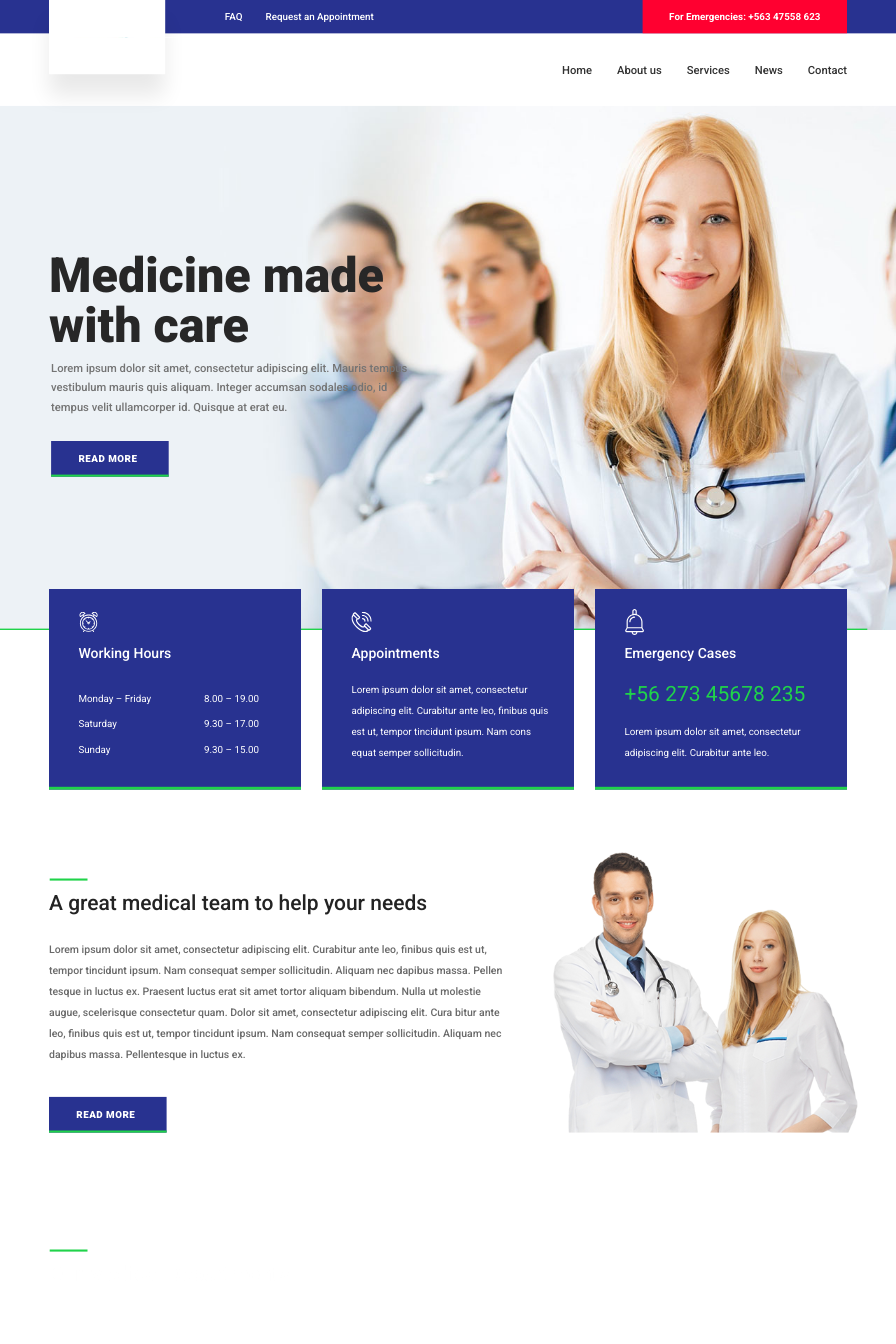
Repository: Nanitamo/centro-medico-eden-webpage
Page: index.html
These files come from the project's save history. The page is drawn as it stood at one moment and after a run of saves; the edit follows.
The browser window is 1280 px wide. The pictures show the part of the page from y = 0 to 1920 px (the page is 4535 px tall), at 70% of full size.

Above is the page before, as saved 2020-06-18 13:04:21.

After the next 2 saves:
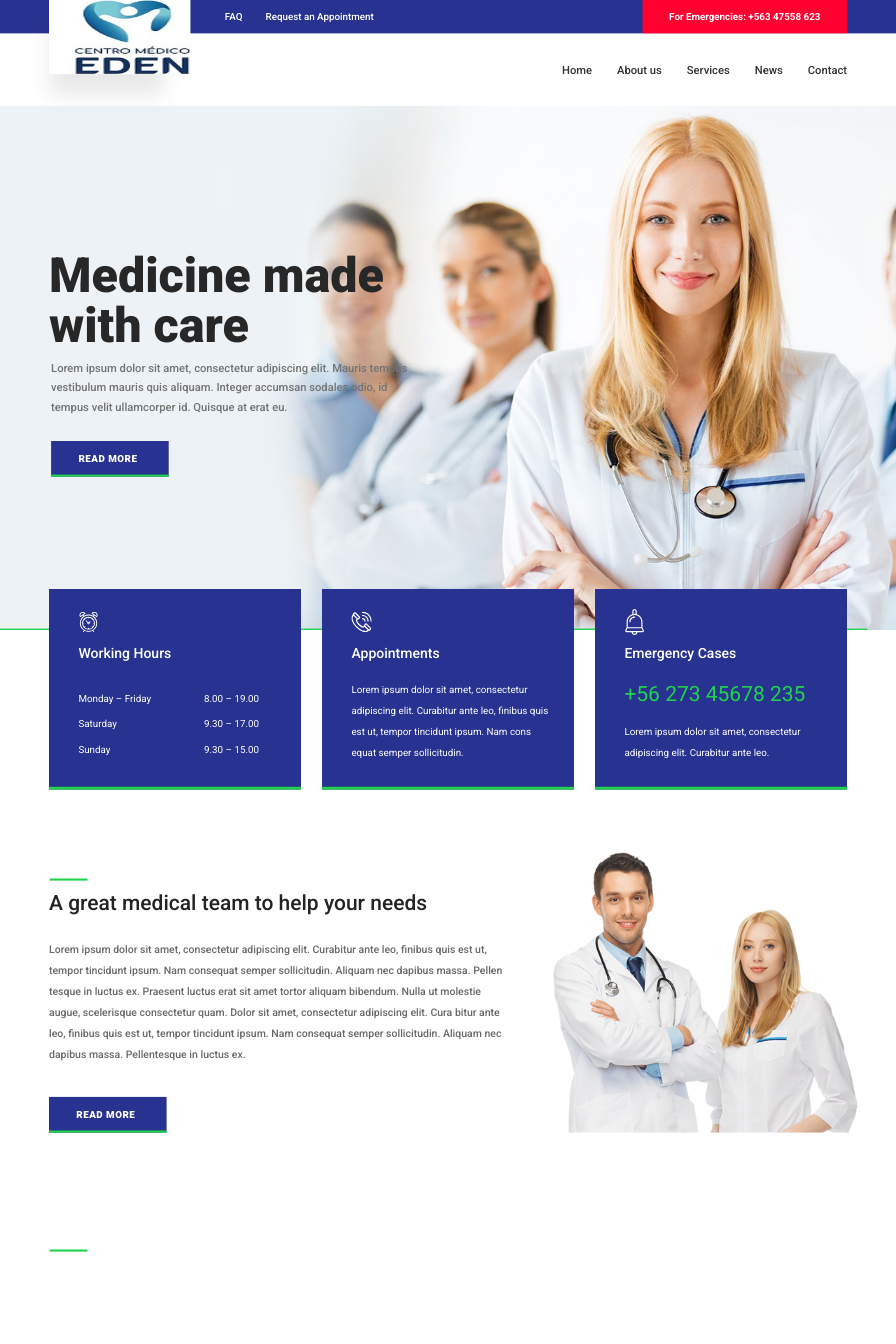
The 2 saves are shown as one change because they came seconds apart.
The last was saved 5 s later.
--- a/index.html
+++ b/index.html
@@ -74,7 +74,7 @@
 										<div class="logo_box">+</div>
 									</div>
 									<div class="logo_sub">Health Care Center</div> -->
-									<img src="./images/logo.jpg" alt="Logotipo" width ="166" height="1">
+									<img src="./images/logo.jpg" alt="Logotipo" width ="166" height="106">
 								</div>
 							</a>
 						</div>
